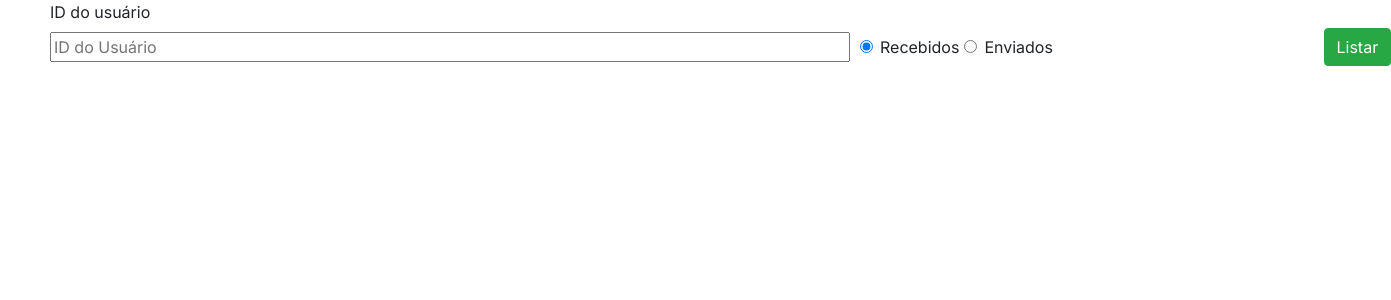
Repository: mateusilva8/tarefa-pix
Page: frontend/index.html
These files come from the project's save history. The page is drawn as it stood at one moment and after the next save; the edit follows.
The browser window is 1280 px wide. The page is 1391 px wide, then 1280 px, then 1391 px, so the pictures cover 1391 px, including what lies to the right of the window. The pictures show the whole page.

Above is the page before, as saved 2023-10-21 19:40:15.

### frontend/index.html
<!DOCTYPE html>
<html lang="pt-BR">
<head>
  <meta charset="UTF-8">
  <meta name="viewport" content="width=device-width, initial-scale=1.0">
  <title>CRIE_TI PIX</title>
  <link rel="stylesheet" href="./css/index.css">
  <link rel="preconnect" href="https://fonts.googleapis.com">
  <link rel="preconnect" href="https://fonts.gstatic.com" crossorigin>
  <link rel="stylesheet" href="https://stackpath.bootstrapcdn.com/bootstrap/4.1.3/css/bootstrap.min.css" integrity="sha384-MCw98/SFnGE8fJT3GXwEOngsV7Zt27NXFoaoApmYm81iuXoPkFOJwJ8ERdknLPMO" crossorigin="anonymous">
  <link href="https://fonts.googleapis.com/css2?family=Inter:wght@400;700&display=swap" rel="stylesheet">
</head>
<body>
  <div class="formulario">
    <label for="id">ID do usuário</label>
    <div class="formulario-body">
      <input class="idInput" type="number" placeholder="ID do Usuário" id="id"></input>
      <div class="formulario-select">
        <div class="form-check">
          <input class="form-check-input" type="radio" name="exampleRadios" id="exampleRadios1" value="opcao1" checked>
          <label class="form-check-label" for="exampleRadios1">
            Recebidos
          </label>
        </div>
        <div class="form-check">
          <input class="form-check-input" type="radio" name="exampleRadios" id="exampleRadios2" value="opcao2">
          <label class="form-check-label" for="exampleRadios2">
            Enviados
          </label>
        </div>
        <button type="button" class="btn btn-success">Listar</button>

      </div>
    </div>
  </div>


  <script src="https://code.jquery.com/jquery-3.3.1.slim.min.js" integrity="sha384-q8i/X+965DzO0rT7abK41JStQIAqVgRVzpbzo5smXKp4YfRvH+8abtTE1Pi6jizo" crossorigin="anonymous"></script>
  <script src="https://cdnjs.cloudflare.com/ajax/libs/popper.js/1.14.3/umd/popper.min.js" integrity="sha384-ZMP7rVo3mIykV+2+9J3UJ46jBk0WLaUAdn689aCwoqbBJiSnjAK/l8WvCWPIPm49" crossorigin="anonymous"></script>
  <script src="https://stackpath.bootstrapcdn.com/bootstrap/4.1.3/js/bootstrap.min.js" integrity="sha384-ChfqqxuZUCnJSK3+MXmPNIyE6ZbWh2IMqE241rYiqJxyMiZ6OW/JmZQ5stwEULTy" crossorigin="anonymous"></script>
</body>
</html>

### frontend/css/index.css
* {
    font-family: 'Inter', sans-serif;
}

.formulario {
    display: flex;
    flex-direction: column;
    width: 100%;
    font-size: 1rem;
    padding-left: 50px;
    padding-right: 50px;

}

.formulario-body {
    display: flex;
    flex-direction: row;
    width: 100%;
    height: 30px;
    align-items: center;
    gap: 10px;
}

.formulario-select {
    display: flex;
    flex-direction: row;
    gap: 5px;
    align-items: center;

}

.btn {
    margin-left: 100%;
}

.idInput {
    width: 800px;
}

After the next save:
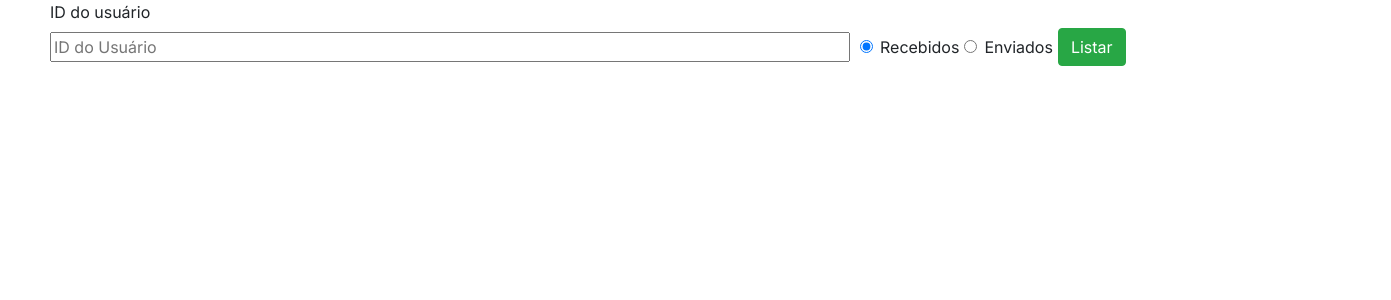
Saved 22 s later.
--- a/frontend/css/index.css
+++ b/frontend/css/index.css
@@ -30,7 +30,7 @@
 }
 
 .btn {
-    margin-left: 100%;
+    margin-left: auto;
 }
 
 .idInput {

After the save that followed:
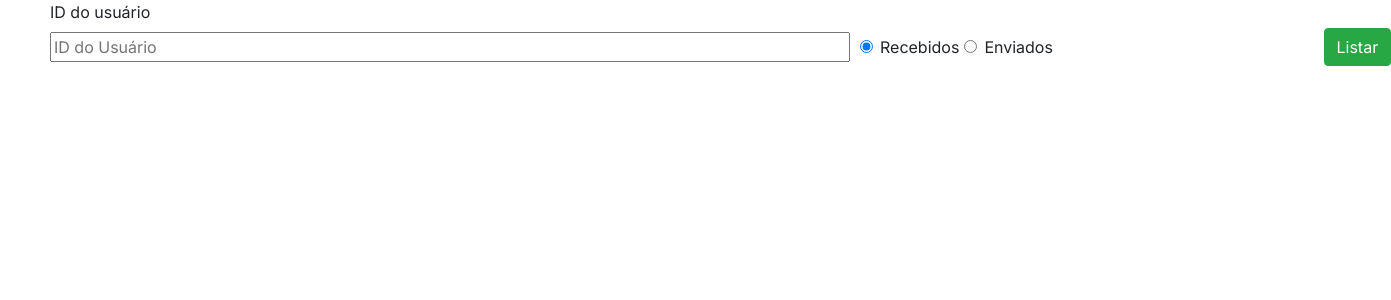
Saved 28 s later.
--- a/frontend/css/index.css
+++ b/frontend/css/index.css
@@ -30,7 +30,7 @@
 }
 
 .btn {
-    margin-left: auto;
+    margin-left: 100%;
 }
 
 .idInput {
